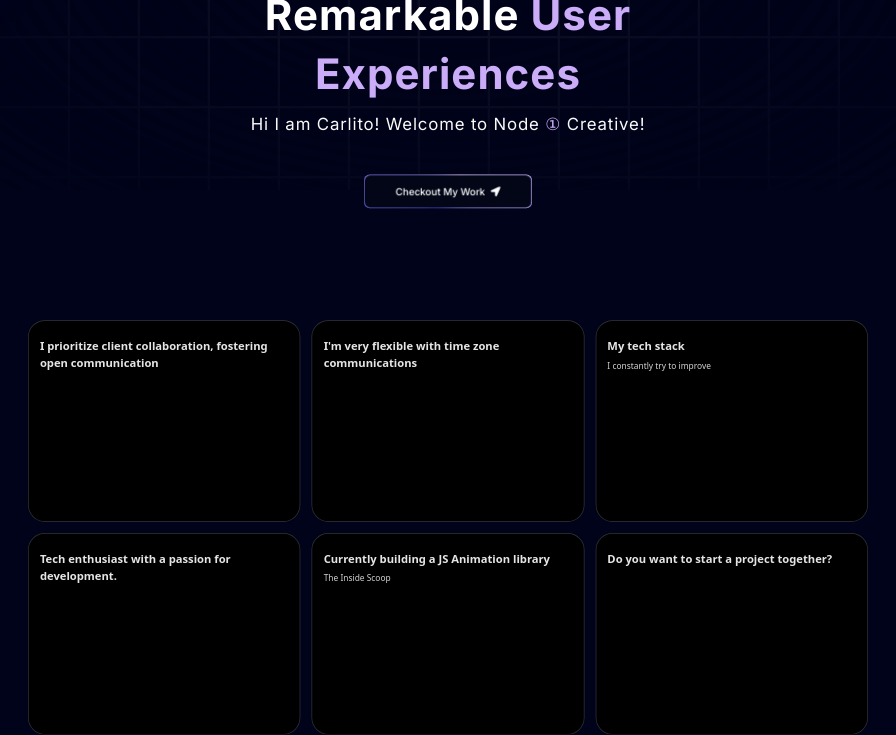
Repository: Carlito-Pedida/node1creative
Page: /
The author's editor kept a copy of each file at every save. The page is drawn from the files as they stood at one save, then again after the next save.
The browser window is 1280 px wide. The pictures show the part of the page from y = 448 to 2368 px (the page is 1498 px tall before and 4538 px after), at 70% of full size.
The project was rebuilt for these pictures with package versions that can differ from the ones it lists, and the page was loaded fresh each time. The framework's server and built-in components were replaced by stand-ins that run in the browser. Also part of the build but not shown: next.config.mjs.

Above is the page before, as saved 2024-11-20 16:54:56.

After the next save:
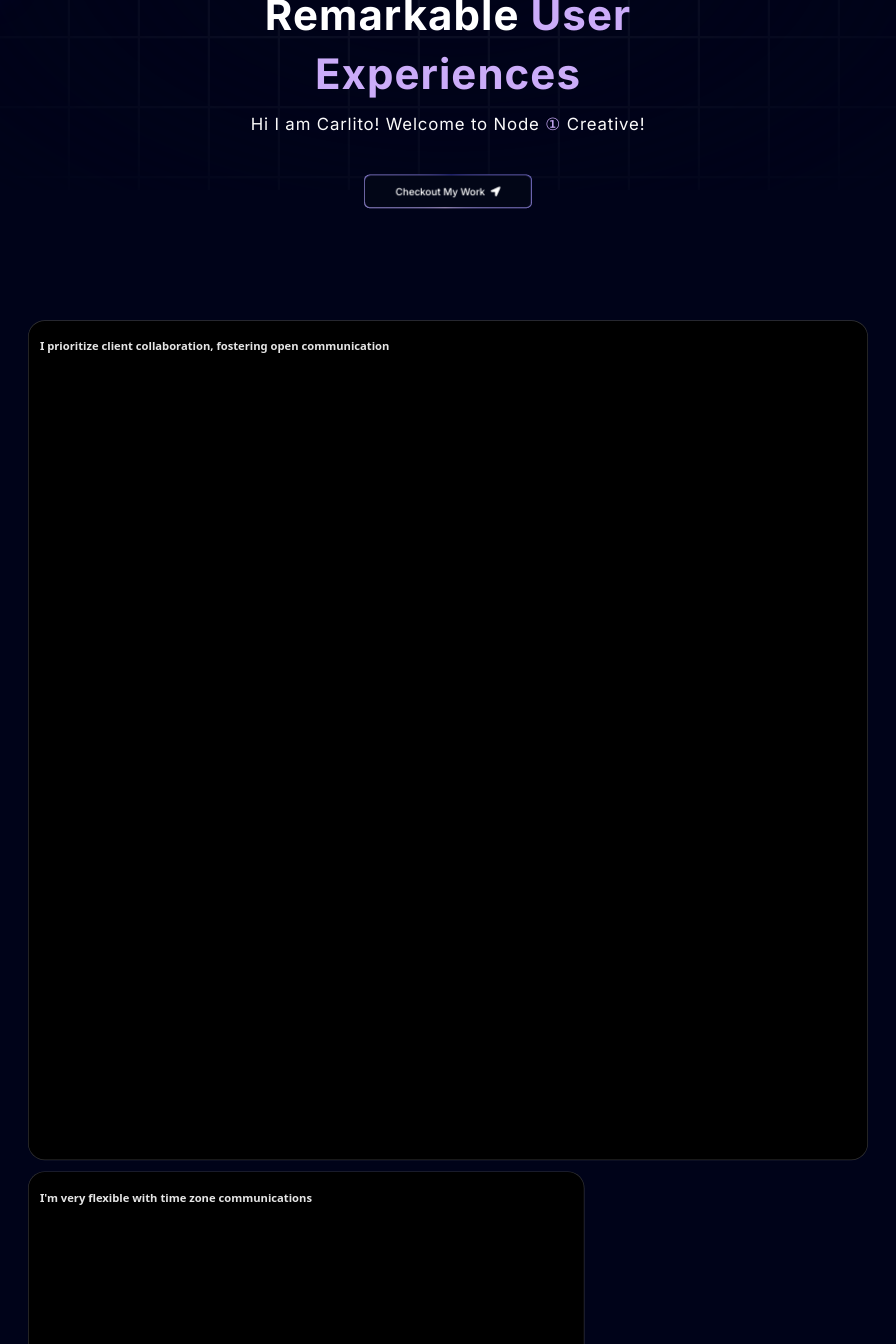
Saved 87 s later.
--- a/components/Grid.tsx
+++ b/components/Grid.tsx
@@ -22,6 +22,11 @@
               key={id}
               title={title}
               description={description}
+              className={className}
+              img={img}
+              imgClassName={imgClassName}
+              titleClassName={titleClassName}
+              spareImg={spareImg}
             />
           )
         )}
